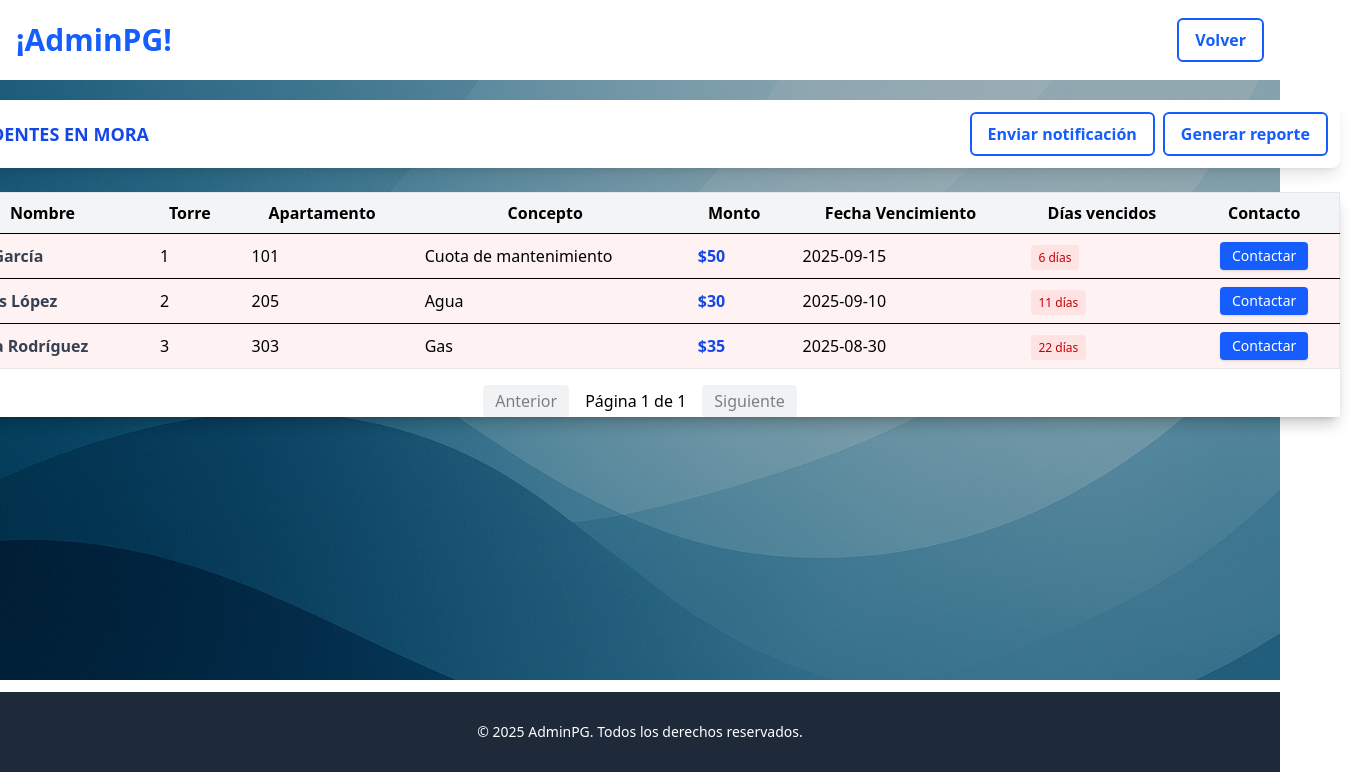
Repository: DeVelezz/AdminPG
Page: /mora (app in frontend/)
These files come from the project's save history. The page is drawn as it stood at one moment and after the next save; the edit follows.
The browser window is 1280 px wide. The page is 1360 px wide, so the pictures cover 1360 px, including what lies to the right of the window. The pictures show the whole page.
The page's requests for data from a server got no answer. The project was rebuilt for these pictures with package versions that can differ from the ones it lists, and the page was loaded fresh each time. Some packages were replaced by stand-ins written for this rebuild. No one was signed in, and anything a server would have sent is missing. Also part of the build but not shown: frontend/vite.config.js, frontend/src/components/Form.jsx, frontend/src/services/useService.js, frontend/src/components/FormRegistro.jsx, frontend/src/components/SectionImg.jsx, frontend/src/components/PageRegistro.jsx, frontend/src/components/Index.jsx, frontend/src/components/PageLogin.jsx and 4 more.

Above is the page before, as saved 2025-09-21 21:35:09.

### frontend/src/App.jsx
import './App.css';
import Swal from 'sweetalert2';
import PageRegistro from './components/PageRegistro';
import { Routes, Route } from 'react-router-dom';
import  Index  from './components/Index';
import  PageLogin  from './components/PageLogin';
import PageResidente from './components/PageResidente';
import PageAdmin from './components/PageAdmin';
import PageMora from './components/PageMora';
import PageActualizarInfo from './components/PageActualizarInfo';
import PageEditarUsuario from './components/PageEditarUsuario';

function App() {
  // const manejarClick = () => {
  //   Swal.fire({
  //     title: 'Buen traabjo',
  //     text: 'Has hecho clic en el botón',
  //     icon: 'success',
  //     confirmButtonText: 'Aceptar',
  //     confirmButtonColor: '#3085d6',
  //   });
  // }

  return (
    <>
      <div>
        <Routes>
          <Route path='/' element={
            <>
              <Index/>
            </>
          }/>

          <Route path='/registro' element={
            <>
              <PageRegistro/>
            </>
          }/>

          <Route path='/login' element={
            <>
              <PageLogin/>
            </>
          }/>

          <Route path='/residente' element={
            <>
              <PageResidente/>
            </>
          }/>

          <Route path='/admin' element={
            <>
              <PageAdmin/>
            </>
          }/>

          <Route path='/mora' element={
            <>
              <PageMora/>
            </>
          }/>

          <Route path='/actualizar' element={
            <>
              <PageActualizarInfo/>
            </>
          }/>

          <Route path='/editar-usuario' element={
            <>
              <PageEditarUsuario/>
            </>
          }/>

        </Routes>

      </div>
    </>

  )
}

export default App

### frontend/src/components/PageMora.jsx
import React, { useState } from "react";
import SectionHeader from "./SectionHeader";
import Logo from "./Logo";
import BotonSecundary from "./BotonSecundary";
import ImgFondo from "./ImgFondo";
import SectionFooter from "./SectionFooter";
import { FaPhone } from "react-icons/fa";
import { SiGmail, SiWhatsapp } from "react-icons/si";

export default function PageMora() {
    // Estado y lógica solo para datos reales
    const [residentesEnMora, setResidentesEnMora] = useState([]);
    const [loading, setLoading] = useState(true);
    const [paginaActual, setPaginaActual] = useState(1);
    const RESIDENTES_POR_PAGINA = 5;
    const [showContactMenu, setShowContactMenu] = useState(null);
    const [menuPosition, setMenuPosition] = useState({ x: 0, y: 0 });
    const hoy = new Date();

    React.useEffect(() => {
        fetch("/api/residentes-mora")
            .then(res => res.json())
            .then(data => {
                let procesados = data.map(residente =>
                    residente.servicios
                        .filter(servicio => !servicio.fechaPago)
                        .map(servicio => {
                            const vencimiento = new Date(servicio.fechaVencimiento);
                            const diasVencimiento = Math.floor((vencimiento - hoy) / (1000 * 60 * 60 * 24));
                            return {
                                key: `${residente.id}-${servicio.nombre}`,
                                nombre: residente.nombre,
                                torre: residente.torre,
                                apartamento: residente.apartamento,
                                concepto: servicio.nombre,
                                monto: servicio.monto,
                                fechaVencimiento: servicio.fechaVencimiento,
                                diasVencimiento,
                                estado: diasVencimiento < 0 ? "Pendiente" : "Por vencer",
                                telefono: residente.telefono,
                                email: residente.email
                            };
                        })
                ).flat();
                // Fallback temporal si la API responde vacío
                if (procesados.length === 0) {
                    procesados = [
                        {
                            key: 'demo1', nombre: 'Ana García', torre: '1', apartamento: '101', concepto: 'Cuota de mantenimiento', monto: 50, fechaVencimiento: '2025-09-15', diasVencimiento: -6, estado: 'Pendiente', telefono: '321-555-0101', email: 'ana.garcia@email.com'
                        },
                        {
                            key: 'demo2', nombre: 'Carlos López', torre: '2', apartamento: '205', concepto: 'Agua', monto: 30, fechaVencimiento: '2025-09-10', diasVencimiento: -11, estado: 'Pendiente', telefono: '321-555-0205', email: 'carlos.lopez@email.com'
                        },
                        {
                            key: 'demo3', nombre: 'María Rodríguez', torre: '3', apartamento: '303', concepto: 'Gas', monto: 35, fechaVencimiento: '2025-08-30', diasVencimiento: -22, estado: 'Pendiente', telefono: '321-555-0303', email: 'maria.rodriguez@email.com'
                        },
                        {
                            key: 'demo4', nombre: 'Pedro Ramírez', torre: '1', apartamento: '102', concepto: 'Energía', monto: 75, fechaVencimiento: '2025-09-05', diasVencimiento: -16, estado: 'Pendiente', telefono: '321-555-0102', email: 'pedro@email.com'
                        },
                        {
                            key: 'demo5', nombre: 'Ana Martínez', torre: '3', apartamento: '301', concepto: 'Energía', monto: 120, fechaVencimiento: '2025-09-01', diasVencimiento: -20, estado: 'Pendiente', telefono: '321-555-0301', email: 'ana@email.com'
                        },
                        {
                            key: 'demo6', nombre: 'Luis Hernández', torre: '4', apartamento: '404', concepto: 'Cuota de mantenimiento', monto: 150, fechaVencimiento: '2025-08-15', diasVencimiento: -34, estado: 'Pendiente', telefono: '321-555-0404', email: 'luis@email.com'
                        },
                        {
                            key: 'demo7', nombre: 'Sofía Torres', torre: '2', apartamento: '210', concepto: 'Gas', monto: 40, fechaVencimiento: '2025-09-12', diasVencimiento: -9, estado: 'Pendiente', telefono: '321-555-0210', email: 'sofia@email.com'
                        },
                        {
                            key: 'demo8', nombre: 'Miguel Díaz', torre: '1', apartamento: '110', concepto: 'Agua', monto: 60, fechaVencimiento: '2025-09-08', diasVencimiento: -13, estado: 'Pendiente', telefono: '321-555-0110', email: 'miguel@email.com'
                        },
                        {
                            key: 'demo9', nombre: 'Laura Gómez', torre: '3', apartamento: '320', concepto: 'Cuota de mantenimiento', monto: 80, fechaVencimiento: '2025-09-03', diasVencimiento: -18, estado: 'Pendiente', telefono: '321-555-0320', email: 'laura@email.com'
                        },
                        {
                            key: 'demo10', nombre: 'Andrés Ruiz', torre: '2', apartamento: '215', concepto: 'Energía', monto: 95, fechaVencimiento: '2025-08-28', diasVencimiento: -24, estado: 'Pendiente', telefono: '321-555-0215', email: 'andres@email.com'
                        }
                    ];
                }
                setResidentesEnMora(procesados);
                setLoading(false);
            })
            .catch(() => {
                // Si hay error, también mostrar datos de prueba
                setResidentesEnMora([
                    {
                        key: 'demo1', nombre: 'Ana García', torre: '1', apartamento: '101', concepto: 'Cuota de mantenimiento', monto: 50, fechaVencimiento: '2025-09-15', diasVencimiento: -6, estado: 'Pendiente', telefono: '321-555-0101', email: 'ana.garcia@email.com'
                    },
                    {
                        key: 'demo2', nombre: 'Carlos López', torre: '2', apartamento: '205', concepto: 'Agua', monto: 30, fechaVencimiento: '2025-09-10', diasVencimiento: -11, estado: 'Pendiente', telefono: '321-555-0205', email: 'carlos.lopez@email.com'
                    },
                    {
                        key: 'demo3', nombre: 'María Rodríguez', torre: '3', apartamento: '303', concepto: 'Gas', monto: 35, fechaVencimiento: '2025-08-30', diasVencimiento: -22, estado: 'Pendiente', telefono: '321-555-0303', email: 'maria.rodriguez@email.com'
                    }
                ]);
                setLoading(false);
            });
    }, []);

    // Paginación
    const totalPaginas = Math.ceil(residentesEnMora.length / RESIDENTES_POR_PAGINA);
    const residentesPagina = residentesEnMora.slice((paginaActual - 1) * RESIDENTES_POR_PAGINA, paginaActual * RESIDENTES_POR_PAGINA);

    const handleContactar = (residente, telefono, email, accion) => {
        switch(accion) {
            case 'llamar':
                window.open(`tel:${telefono}`);
                break;
            case 'email':
                window.open(`mailto:${email}?subject=Recordatorio de pago pendiente&body=Estimado/a ${residente},%0A%0ATiene un pago pendiente. Por favor póngase al día con sus cuotas.%0A%0ASaludos,%0AAdministración`);
                break;
            case 'whatsapp':
                window.open(`https://wa.me/${telefono.replace(/[^0-9]/g, '')}?text=Hola ${residente}, tiene un pago pendiente. Por favor póngase al día con sus cuotas.`);
                break;
        }
        setShowContactMenu(null);
    };

    const handleShowMenu = (menuId, event) => {
        const rect = event.target.getBoundingClientRect();
        setMenuPosition({
            x: rect.left + (rect.width / 2) - 60,
            y: rect.top + (rect.height / 2) - 60
        });
        setShowContactMenu(showContactMenu === menuId ? null : menuId);
    };

    const ContactMenu = ({ residente, telefono, email }) => (
        <div
            className="fixed bg-white border border-gray-300 rounded shadow-lg p-2 z-50"
            style={{
                left: menuPosition.x,
                top: menuPosition.y
            }}
        >
            <button
                className="flex items-center w-full text-left px-3 py-2 hover:bg-gray-300 rounded text-sm"
                onClick={() => handleContactar(residente, telefono, email, 'llamar')}
            >
                <FaPhone className="mr-2 text-blue-600" />
                Llamar
            </button>
            <button
                className="flex items-center w-full text-left px-3 py-2 hover:bg-gray-300 rounded text-sm"
                onClick={() => handleContactar(residente, telefono, email, 'email')}
            >
                <SiGmail className="mr-2 text-red-500" />
                Gmail
            </button>
            <button
                className="flex items-center w-full text-left px-3 py-2 hover:bg-gray-300 rounded text-sm"
                onClick={() => handleContactar(residente, telefono, email, 'whatsapp')}
            >
                <SiWhatsapp className="mr-2 text-green-500" />
                WhatsApp
            </button>
        </div>
    );

    return (
        <div className="min-h-screen flex flex-col relative" onClick={() => setShowContactMenu(null)}>
            <SectionHeader>
                <Logo />
                <BotonSecundary textoBtn="Volver" onClick={() => window.location.href = "/admin"} />
            </SectionHeader>
            <main className="flex-1 relative">
                <ImgFondo>
                    <img src="/img/imagen.png" alt="Imagen de fondo" className="w-full h-full object-cover brightness-75 absolute inset-0" />
                    <div className="relative z-10 p-5">
                        <div className="justify-between bg-white p-3 rounded-lg shadow-lg w-350 flex flex-row items-center">
                            <p className="font-bold text-blue-700 text-lg">RESIDENTES EN MORA</p>
                            <div className="flex gap-2 justify-between">
                                <BotonSecundary textoBtn="Enviar notificación" onClick={() => alert("Notificación enviada")} />
                                <BotonSecundary textoBtn="Generar reporte" onClick={() => alert("Generando reporte...")} />
                            </div>
                        </div>
                        {/* TABLA DE RESIDENTES EN MORA */}
                        <div className="shadow-lg mt-6">
                            <div className="bg-white shadow-lg rounded">
                                {loading ? (
                                    <div className="text-center py-8">Cargando datos...</div>
                                ) : residentesEnMora.length === 0 ? (
                                    <div className="text-center py-8">No hay residentes en mora.</div>
                                ) : (
                                    <div className="overflow-x-auto">
                                        <table className="min-w-full bg-white border border-gray-200 rounded-lg">
                                            <thead>
                                                <tr className="bg-gray-100">
                                                    <th className="px-4 py-2">Nombre</th>
                                                    <th className="px-4 py-2">Torre</th>
                                                    <th className="px-4 py-2">Apartamento</th>
                                                    <th className="px-4 py-2">Concepto</th>
                                                    <th className="px-4 py-2">Monto</th>
                                                    <th className="px-4 py-2">Fecha Vencimiento</th>
                                                    <th className="px-4 py-2">Días vencidos</th>
                                                    <th className="px-4 py-2">Contacto</th>
                                                </tr>
                                            </thead>
                                            <tbody>
                                                {residentesPagina.map((residente) => (
                                                    <tr key={residente.key} className={`border-t hover:bg-gray-50 cursor-pointer transition-colors ${residente.estado === "Pendiente" ? "bg-red-50" : ""}`}>
                                                        <td className="px-4 py-2 font-semibold text-gray-700">{residente.nombre}</td>
                                                        <td className="px-4 py-2">{residente.torre}</td>
                                                        <td className="px-4 py-2">{residente.apartamento}</td>
                                                        <td className="px-4 py-2">{residente.concepto}</td>
                                                        <td className="px-4 py-2 font-bold text-blue-700">${residente.monto}</td>
                                                        <td className="px-4 py-2">{residente.fechaVencimiento}</td>
                                                        <td className="px-4 py-2">
                                                            <span className={`text-xs px-2 py-1 rounded ${residente.diasVencimiento < 0 ? 'bg-red-100 text-red-700' : 'bg-yellow-100 text-yellow-800'}`}>
                                                                {residente.diasVencimiento < 0 ? `${Math.abs(residente.diasVencimiento)} días` : `${residente.diasVencimiento} días`}
                                                            </span>
                                                        </td>
                                                        <td className="px-4 py-2 text-center relative">
                                                            <button
                                                                className="px-3 py-1 bg-blue-600 text-white text-sm rounded shadow hover:bg-blue-700"
                                                                onClick={(e) => { e.stopPropagation(); handleShowMenu(residente.key, e); }}
                                                            >
                                                                Contactar
                                                            </button>
                                                            {showContactMenu === residente.key && (
                                                                <ContactMenu residente={residente.nombre} telefono={residente.telefono} email={residente.email} />
                                                            )}
                                                        </td>
                                                    </tr>
                                                ))}
                                            </tbody>
                                        </table>
                                        {/* Paginación */}
                                        <div className="flex justify-center items-center mt-4 gap-2">
                                            <button
                                                className="px-3 py-1 bg-gray-200 rounded disabled:opacity-50"
                                                onClick={() => setPaginaActual(p => Math.max(1, p - 1))}
                                                disabled={paginaActual === 1}
                                            >Anterior</button>
                                            <span className="px-2">Página {paginaActual} de {totalPaginas}</span>
                                            <button
                                                className="px-3 py-1 bg-gray-200 rounded disabled:opacity-50"
                                                onClick={() => setPaginaActual(p => Math.min(totalPaginas, p + 1))}
                                                disabled={paginaActual === totalPaginas}
                                            >Siguiente</button>
                                        </div>
                                    </div>
                                )}
                            </div>
                        </div>
                    </div>
                </ImgFondo>
            </main>
            <SectionFooter />
        </div>
    );
}

### frontend/src/components/ImgFondo.jsx
import React from "react";

function ImgFondo({children}) {
    return(
        <section className="w-auto h-150 bg-cover bg-center flex justify-center relative">
            {children}
        </section>
    );
}

export default ImgFondo;

### frontend/src/components/SectionHeader.jsx
import React from "react";

function SectionHeader({children}){
    return(
        <header className="w-full h-20 bg-white justify-between items-center flex p-4 relative z-10">
            {children}
        </header>
    );
}

export default SectionHeader;

### frontend/src/components/Logo.jsx
import React from "react";

function Logo({ redirectTo = "/admin" }) {
    const handleLogoClick = () => {
        window.location.href = redirectTo;
    };

    return (
        <p
            className="text-blue-600 font-bold text-3xl cursor-pointer hover:text-blue-800 transition-colors"
            onClick={handleLogoClick}
        >
            ¡AdminPG!
        </p>
    );
}

export default Logo;

### frontend/src/components/BotonSecundary.jsx
import React from "react";

function BotonSecundary({ textoBtn, onClick }) {
    return (
        <button
            onClick={onClick}
            className="text-blue-600 font-semibold px-4 py-2 rounded-md border-2 border-blue-600 bg-white hover:bg-blue-600 hover:text-white hover:shadow-xl/20 transition delay-150 duration-300 ease-in-out hover:-translate-y-1 hover:scale-110">
            {textoBtn}
        </button>
    );
}

export default BotonSecundary;

### frontend/src/components/SectionFooter.jsx
import React from "react";

function SectionFooter(){
    return(
        <footer className="w-full h-20 bg-gray-800 text-white flex justify-center items-center mt-3">
            <p className="text-sm">© 2025 AdminPG. Todos los derechos reservados.</p>
        </footer>
    );
}

export default SectionFooter;

Loaded but not shown: frontend/index.html (common file); frontend/src/main.jsx (common file); frontend/src/index.css (common file); frontend/src/App.css (common file)

After the next save:
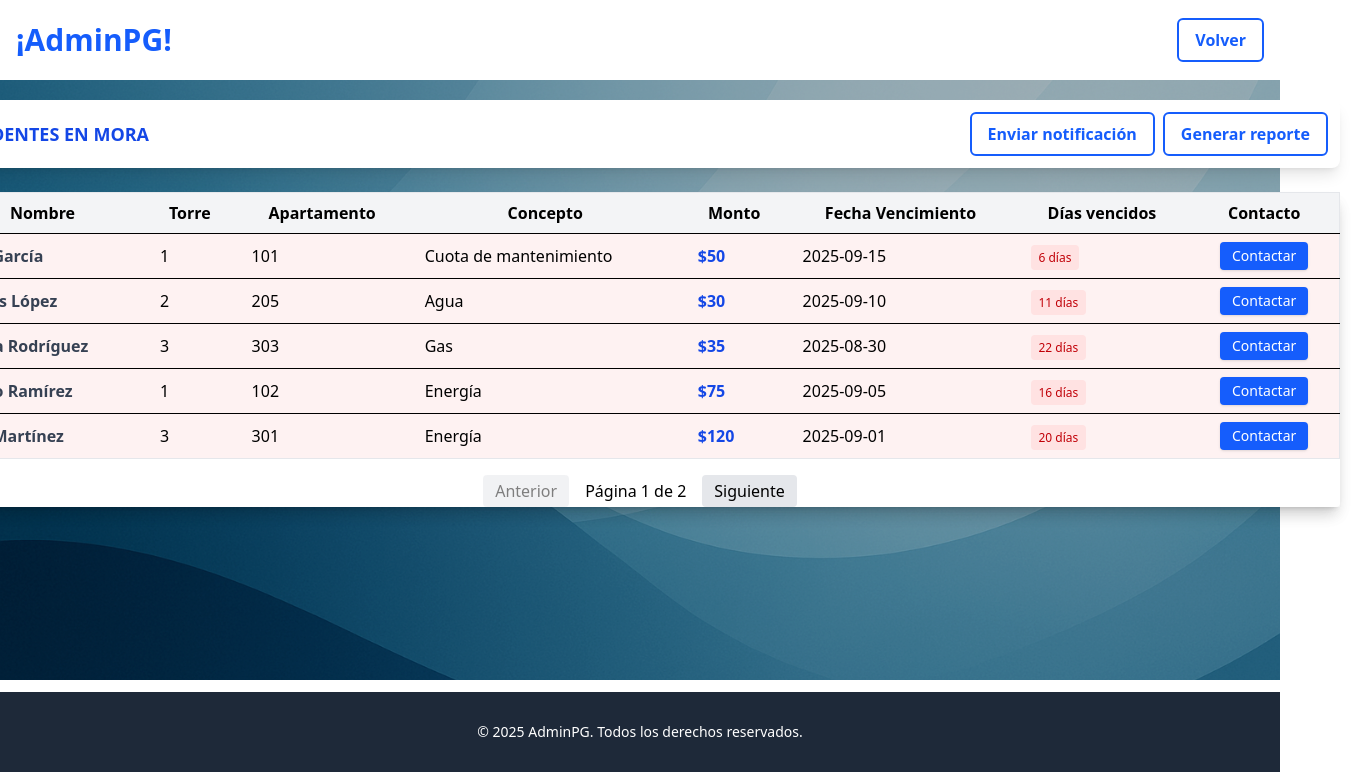
Saved 51 s later.
--- a/frontend/src/components/PageMora.jsx
+++ b/frontend/src/components/PageMora.jsx
@@ -91,6 +91,27 @@ export default function PageMora() {
                     },
                     {
                         key: 'demo3', nombre: 'María Rodríguez', torre: '3', apartamento: '303', concepto: 'Gas', monto: 35, fechaVencimiento: '2025-08-30', diasVencimiento: -22, estado: 'Pendiente', telefono: '321-555-0303', email: 'maria.rodriguez@email.com'
+                    },
+                    {
+                        key: 'demo4', nombre: 'Pedro Ramírez', torre: '1', apartamento: '102', concepto: 'Energía', monto: 75, fechaVencimiento: '2025-09-05', diasVencimiento: -16, estado: 'Pendiente', telefono: '321-555-0102', email: 'pedro@email.com'
+                    },
+                    {
+                        key: 'demo5', nombre: 'Ana Martínez', torre: '3', apartamento: '301', concepto: 'Energía', monto: 120, fechaVencimiento: '2025-09-01', diasVencimiento: -20, estado: 'Pendiente', telefono: '321-555-0301', email: 'ana@email.com'
+                    },
+                    {
+                        key: 'demo6', nombre: 'Luis Hernández', torre: '4', apartamento: '404', concepto: 'Cuota de mantenimiento', monto: 150, fechaVencimiento: '2025-08-15', diasVencimiento: -34, estado: 'Pendiente', telefono: '321-555-0404', email: 'luis@email.com'
+                    },
+                    {
+                        key: 'demo7', nombre: 'Sofía Torres', torre: '2', apartamento: '210', concepto: 'Gas', monto: 40, fechaVencimiento: '2025-09-12', diasVencimiento: -9, estado: 'Pendiente', telefono: '321-555-0210', email: 'sofia@email.com'
+                    },
+                    {
+                        key: 'demo8', nombre: 'Miguel Díaz', torre: '1', apartamento: '110', concepto: 'Agua', monto: 60, fechaVencimiento: '2025-09-08', diasVencimiento: -13, estado: 'Pendiente', telefono: '321-555-0110', email: 'miguel@email.com'
+                    },
+                    {
+                        key: 'demo9', nombre: 'Laura Gómez', torre: '3', apartamento: '320', concepto: 'Cuota de mantenimiento', monto: 80, fechaVencimiento: '2025-09-03', diasVencimiento: -18, estado: 'Pendiente', telefono: '321-555-0320', email: 'laura@email.com'
+                    },
+                    {
+                        key: 'demo10', nombre: 'Andrés Ruiz', torre: '2', apartamento: '215', concepto: 'Energía', monto: 95, fechaVencimiento: '2025-08-28', diasVencimiento: -24, estado: 'Pendiente', telefono: '321-555-0215', email: 'andres@email.com'
                     }
                 ]);
                 setLoading(false);
